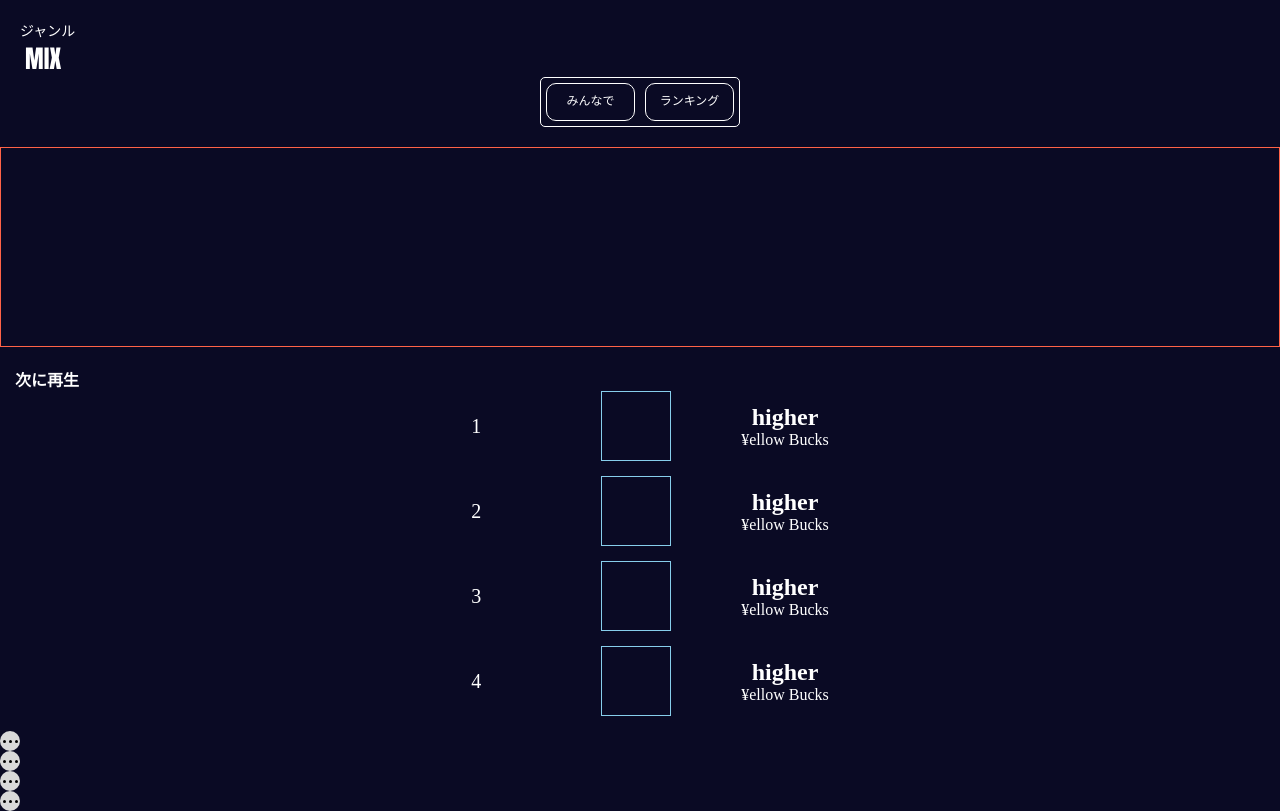
Repository: FujieRyou/2024_team
Page: /LoggedIn
These files come from the project's save history. The page is drawn as it stood at one moment and after the next save; the edit follows.
The browser window is 1280 px wide. The pictures show the whole page.
The project was rebuilt for these pictures with package versions that can differ from the ones it lists, and the page was loaded fresh each time. The framework's server and built-in components were replaced by stand-ins that run in the browser. Also part of the build but not shown: next.config.js.

Above is the page before, as saved 2024-01-10 10:01:56.

### src/pages/_app.jsx
import "@/styles/ress.css"
import '@/styles/index.css'

export default function App({ Component, pageProps }) {
  return <Component {...pageProps} />
}

### src/pages/LoggedIn.jsx
import React from 'react'

function LoggedIn (){
    return(
<div id="container_wrap">
    <header>
        <div id="genre_wrap">ジャンル</div>
        <div id="mix_wrap">MIX</div>
        <div id="btn">
            <div class="everyone">みんなで</div>
            <div class="ranking">ランキング</div>
        </div>
    </header>
    <div id="main_img">
        <div class="scrollContent">
            <div class="scrollWrap">
            </div>
        </div>

    </div>
    <div id="maincontent_wrap">
        <div id="addition_wrap">
                <h2 class="addition">次に再生</h2>
        </div>
        <div id="songContent_wrap">
            <p class="song_num">1</p>
            <div id="song_wrap">
                <div id="singer_wrap">
                    <h2 class="songtitle">higher</h2>
                    <p class="singer">¥ellow Bucks</p>
                </div>
                <div class="song_img">
                </div>
            </div>
        </div>
    </div>
        <div id="songContent_wrap">
            <p class="song_num">2</p>
            <div id="song_wrap">

                <div id="singer_wrap">
                    <h2 class="songtitle">higher</h2>
                    <p class="singer">¥ellow Bucks</p>
                </div>
                <div class="song_img">
                </div>
            </div>
        </div>

        <div id="songContent_wrap">
            <p class="song_num">3</p>
            <div id="song_wrap">
                <div id="singer_wrap">
                    <h2 class="songtitle">higher</h2>
                    <p class="singer">¥ellow Bucks</p>
                </div>
                <div class="song_img">
                </div>
            </div>
        </div>
        <div id="songContent_wrap">
            <p class="song_num">4</p>
            <div id="song_wrap">
                <div id="singer_wrap">
                    <h2 class="songtitle">higher</h2>
                    <p class="singer">¥ellow Bucks</p>
                </div>
                <div class="song_img">
                </div>
            </div>
        </div>
        <div class="button_wrap">
            <div class="button">
                <p>
                    <span></span>
                    <span></span>
                    <span></span>
                </p>
            </div>
            <div class="button">
                <p>
                    <span></span>
                    <span></span>
                    <span></span>
                </p>
            </div>
            <div class="button">
                <p>
                    <span></span>
                    <span></span>
                    <span></span>
                </p>
            </div>
            <div class="button">
                <p>
                    <span></span>
                    <span></span>
                    <span></span>
                </p>
            </div>
        </div>
    </div>
    )
}

export default LoggedIn

### src/styles/ress.css
/*!
 * ress.css • v4.0.0
 * MIT License
 * github.com/filipelinhares/ress
 */

/* # =================================================================
   # Global selectors
   # ================================================================= */

   html {
    box-sizing: border-box;
    -webkit-text-size-adjust: 100%; /* Prevent adjustments of font size after orientation changes in iOS */
    word-break: normal;
    -moz-tab-size: 4;
    tab-size: 4;
  }

  *,
  ::before,
  ::after {
    background-repeat: no-repeat; /* Set `background-repeat: no-repeat` to all elements and pseudo elements */
    box-sizing: inherit;
  }

  ::before,
  ::after {
    text-decoration: inherit; /* Inherit text-decoration and vertical align to ::before and ::after pseudo elements */
    vertical-align: inherit;
  }

  * {
    padding: 0; /* Reset `padding` and `margin` of all elements */
    margin: 0;
  }

  /* # =================================================================
     # General elements
     # ================================================================= */

  hr {
    overflow: visible; /* Show the overflow in Edge and IE */
    height: 0; /* Add the correct box sizing in Firefox */
    color: inherit; /* Correct border color in Firefox. */
  }

  details,
  main {
    display: block; /* Render the `main` element consistently in IE. */
  }

  summary {
    display: list-item; /* Add the correct display in all browsers */
  }

  small {
    font-size: 80%; /* Set font-size to 80% in `small` elements */
  }

  [hidden] {
    display: none; /* Add the correct display in IE */
  }

  abbr[title] {
    border-bottom: none; /* Remove the bottom border in Chrome 57 */
    /* Add the correct text decoration in Chrome, Edge, IE, Opera, and Safari */
    text-decoration: underline;
    text-decoration: underline dotted;
  }

  a {
    background-color: transparent; /* Remove the gray background on active links in IE 10 */
  }

  a:active,
  a:hover {
    outline-width: 0; /* Remove the outline when hovering in all browsers */
  }

  code,
  kbd,
  pre,
  samp {
    font-family: monospace, monospace; /* Specify the font family of code elements */
  }

  pre {
    font-size: 1em; /* Correct the odd `em` font sizing in all browsers */
  }

  b,
  strong {
    font-weight: bolder; /* Add the correct font weight in Chrome, Edge, and Safari */
  }

  /* https://gist.github.com/unruthless/413930 */
  sub,
  sup {
    font-size: 75%;
    line-height: 0;
    position: relative;
    vertical-align: baseline;
  }

  sub {
    bottom: -0.25em;
  }

  sup {
    top: -0.5em;
  }

  table {
    border-color: inherit; /* Correct border color in all Chrome, Edge, and Safari. */
    text-indent: 0; /* Remove text indentation in Chrome, Edge, and Safari */
  }

  /* # =================================================================
     # Forms
     # ================================================================= */

  input {
    border-radius: 0;
  }

  /* Replace pointer cursor in disabled elements */
  [disabled] {
    cursor: default;
  }

  [type='number']::-webkit-inner-spin-button,
  [type='number']::-webkit-outer-spin-button {
    height: auto; /* Correct the cursor style of increment and decrement buttons in Chrome */
  }

  [type='search'] {
    -webkit-appearance: textfield; /* Correct the odd appearance in Chrome and Safari */
    outline-offset: -2px; /* Correct the outline style in Safari */
  }

  [type='search']::-webkit-search-decoration {
    -webkit-appearance: none; /* Remove the inner padding in Chrome and Safari on macOS */
  }

  textarea {
    overflow: auto; /* Internet Explorer 11+ */
    resize: vertical; /* Specify textarea resizability */
  }

  button,
  input,
  optgroup,
  select,
  textarea {
    font: inherit; /* Specify font inheritance of form elements */
  }

  optgroup {
    font-weight: bold; /* Restore the font weight unset by the previous rule */
  }

  button {
    overflow: visible; /* Address `overflow` set to `hidden` in IE 8/9/10/11 */
  }

  button,
  select {
    text-transform: none; /* Firefox 40+, Internet Explorer 11- */
  }

  /* Apply cursor pointer to button elements */
  button,
  [type='button'],
  [type='reset'],
  [type='submit'],
  [role='button'] {
    cursor: pointer;
    color: inherit;
  }

  /* Remove inner padding and border in Firefox 4+ */
  button::-moz-focus-inner,
  [type='button']::-moz-focus-inner,
  [type='reset']::-moz-focus-inner,
  [type='submit']::-moz-focus-inner {
    border-style: none;
    padding: 0;
  }

  /* Replace focus style removed in the border reset above */
  button:-moz-focusring,
  [type='button']::-moz-focus-inner,
  [type='reset']::-moz-focus-inner,
  [type='submit']::-moz-focus-inner {
    outline: 1px dotted ButtonText;
  }

  button,
  html [type='button'], /* Prevent a WebKit bug where (2) destroys native `audio` and `video`controls in Android 4 */
  [type='reset'],
  [type='submit'] {
    -webkit-appearance: button; /* Correct the inability to style clickable types in iOS */
  }

  /* Remove the default button styling in all browsers */
  button,
  input,
  select,
  textarea {
    background-color: transparent;
    border-style: none;
  }

  a:focus,
  button:focus,
  input:focus,
  select:focus,
  textarea:focus {
    outline-width: 0;
  }

  /* Style select like a standard input */
  select {
    -moz-appearance: none; /* Firefox 36+ */
    -webkit-appearance: none; /* Chrome 41+ */
  }

  select::-ms-expand {
    display: none; /* Internet Explorer 11+ */
  }

  select::-ms-value {
    color: currentColor; /* Internet Explorer 11+ */
  }

  legend {
    border: 0; /* Correct `color` not being inherited in IE 8/9/10/11 */
    color: inherit; /* Correct the color inheritance from `fieldset` elements in IE */
    display: table; /* Correct the text wrapping in Edge and IE */
    max-width: 100%; /* Correct the text wrapping in Edge and IE */
    white-space: normal; /* Correct the text wrapping in Edge and IE */
    max-width: 100%; /* Correct the text wrapping in Edge 18- and IE */
  }

  ::-webkit-file-upload-button {
    /* Correct the inability to style clickable types in iOS and Safari */
    -webkit-appearance: button;
    color: inherit;
    font: inherit; /* Change font properties to `inherit` in Chrome and Safari */
  }

  /* # =================================================================
     # Specify media element style
     # ================================================================= */

  img {
    border-style: none; /* Remove border when inside `a` element in IE 8/9/10 */
  }

  /* Add the correct vertical alignment in Chrome, Firefox, and Opera */
  progress {
    vertical-align: baseline;
  }

  /* # =================================================================
     # Accessibility
     # ================================================================= */

  /* Specify the progress cursor of updating elements */
  [aria-busy='true'] {
    cursor: progress;
  }

  /* Specify the pointer cursor of trigger elements */
  [aria-controls] {
    cursor: pointer;
  }

  /* Specify the unstyled cursor of disabled, not-editable, or otherwise inoperable elements */
  [aria-disabled='true'] {
    cursor: default;
  }

### src/styles/index.css
html,body{
    width: 100vw;
    height: 100vh;
    background-color: #0A0A24;
    color: #fff;
}

nav{
    width: 100%;
    height: 81px;
    display: flex;
    justify-content: space-around;
    position: fixed;
    bottom: 0px;
    background-color: #0A0A24;
    border-top: solid 1px #8E8E8E;
}

.iconWrap{
    display: flex;
    flex-direction: column;
    align-items: center;
    justify-content: center;
}

.iconWrap a{
    display: flex;
    flex-direction: column;
    align-items: center;
    justify-content: center;
    text-decoration: none;
}

.iconWrap p{
    font-size: 10px;
    margin-top: 4px;
    color: #fff;
}

.loginWrap{
    width: 100vw;
    height: 100vh;
    padding-top: 200px;
}

.indexWrap{
    width: 100%;
    height: 100%;
}

/* h2{
    font-size: 64px;
    text-align: center;
    font-family: sans-serif;
    padding-top: 30px;
} */

.appName{
    font-size: 64px;
    text-align: center;
    font-family: sans-serif;
    padding-top: 30px;
    margin-top: 30px;
    color: #fff;
}

.signBtnWrap{
    width: 100%;
    height: auto;
}

.signBtn{
    display: flex;
    align-items: center;
    justify-content: center;
    width: 200px;
    height: 54px;
    border-radius: 30px;
    background-color: rgb(65, 243, 65);
    font-size: 16px;
    /* box-shadow: 3px 1px 3px 1px rgb(235, 235, 235); */
    margin: 0 auto;
    margin-top: 280px;
    color: #000;
    text-decoration: none;
}

.logoBox{
    width: 64px;
    height: 64px;
    background-color: gray;
    color: #fff;
    margin: 0 auto;
    display: flex;
    justify-content: center;
    align-items: center;
}

h2{
    text-align: center;
}

.searchWrap{
    margin-top: 69px;
    margin-bottom: 11px;
    padding: 0px 13px;
}

.searchTxt{
    width: 100%;
    height: 40px;
    border: solid 1px #000;
    background-color: #28376C;
    color: #fff;
    padding: 7px 18px;
    border-radius: 13px;

}

.searchBtn{
    width: 64px;
    height: 32px;
    background-color: aquamarine;
}

.searchResults{
    display: flex;
    gap: 8px;
    width: 100%;
    height: 88px;
    padding: 8px;
    overflow: hidden;
}

.searchResultsImg{
    width: 80px;
    height: 80px;
}

.searchResultsTxt p{
    width: 288px;
    font-size: 14px;
}

.genreWrap{
    padding: 0px 21px;
}

.genreWrap p{
    padding-left: 74px;
    margin-bottom: 12px;
}

.genruBtnWrap{
    display: flex;
    flex-wrap: wrap;
    padding: 0px 8px;
    gap: 16px 12px;
    margin: 0 auto;
}

.genruBtnWrap > button{
    width: 172px;
    height: 86px;
    background-color: #F42C2C;
    border-radius: 10px;
}

#genre_wrap{
    padding-top: 20px;
    align-items: center;
    color: #fff;
    font-size: 14px;
    margin-left: 20px;
    font-family: 'Noto Sans JP', sans-serif;
}

/* MIX */
#mix_wrap{
    font-size: 25px;
    font-family:Impact, Haettenschweiler, 'Arial Narrow Bold', sans-serif;
    margin-left: 25px;
}

/*genre btn*/
#btn{
    display: flex;
    justify-content: center;
    align-items: center;
    width: 200px;
    height: 50px;
    border: solid 1px #fff;
    border-radius: 5px;
    margin: 0 auto;
    text-align: center;
    margin-bottom: 20px;
}

.everyone{
    width: 80%;
    height: 80%;
    line-height: 35px;
    margin:0 5px;
    border: solid 1px #fff;
    border-radius: 10px;
    font-size: 12px;
    font-family:  'Noto Sans JP', sans-serif;
}

.ranking{
    width: 80%;
    height: 80%;
    line-height: 35px;
    margin:0 5px;
    border: solid 1px #fff;
    border-radius: 10px;
    font-size: 12px;
    font-family:  'Noto Sans JP', sans-serif;;
}


/*main*/
#main_img{
    width: 100%;
    height: 200px;
    border: solid 1px tomato;
    margin: 0 auto;

}

/*見出し*/
#addition_wrap{
    margin-top: 20px;
    margin-left: 15px;
}
.addition{
    font-size: 16px;
    font-family:  'Noto Sans JP', sans-serif;
}
.dli-plus {
    display: inline-block;
    vertical-align: middle;
    justify-content: center;
    color: #fff;
    line-height: 20px;
    width: 1.5rem;
    height:0.15rem;
    background: #efefef;
    border-radius: 1rem;
    position: relative;
    top:24px;
    left:10px;
  }

  .dli-plus::before {
    content: '';
    position: absolute;
    top: 0;
    left: 0;
    width: 100%;
    height: 100%;
    background: inherit;
    border-radius: inherit;
    transform: rotate(90deg);

  }
#addition_wrap{
    display: flex;
}
#addition_wrap  .back{
    display: block;
    background: #231815;
    width: 35px;
    height:35px;
    border-radius: 25%;
    margin-right: 50px;
  }
  .addition-text{
    font-size: 30px;
    font-family:'Noto Sans JP', sans-serif;

}

  #plus_btn{
    /* align-items: center; */
    margin-left:220px;
    margin-top: -18px;
  }

/*music list*/
#songContent_wrap{
    display: flex;
    justify-content: center;
    align-items: center;
    margin-bottom: 15px;
}

.song_num{
    font-size: 20px;
    margin: 0 20px;
}

#song_wrap{
    display: flex;
    flex-direction: row-reverse;
    gap: 70px;
    justify-content: center;
    align-items: center;
}


.song_img{
    border: solid 1px skyblue;
    width: 70px;
    height: 70px;
    margin-left: 100px;
}
.button_wrap{
    display: flex;
    flex-direction: column;
}
.button{
    width: 20px;
    height: 20px;
    border-radius: 50%;
    background-color: #d9d9d9;
    display: flex;
    justify-content: center;
}

.button p{
    display: flex;
    justify-content: center;
    align-items: center;
    text-align: center;
    gap: 3px;
}

.button p span{
    width: 3px;
    height: 3px;
    border-radius: 50%;
    background-color: #000;

}

Loaded but not shown: src/pages/_document.jsx (common file)

After the next save:
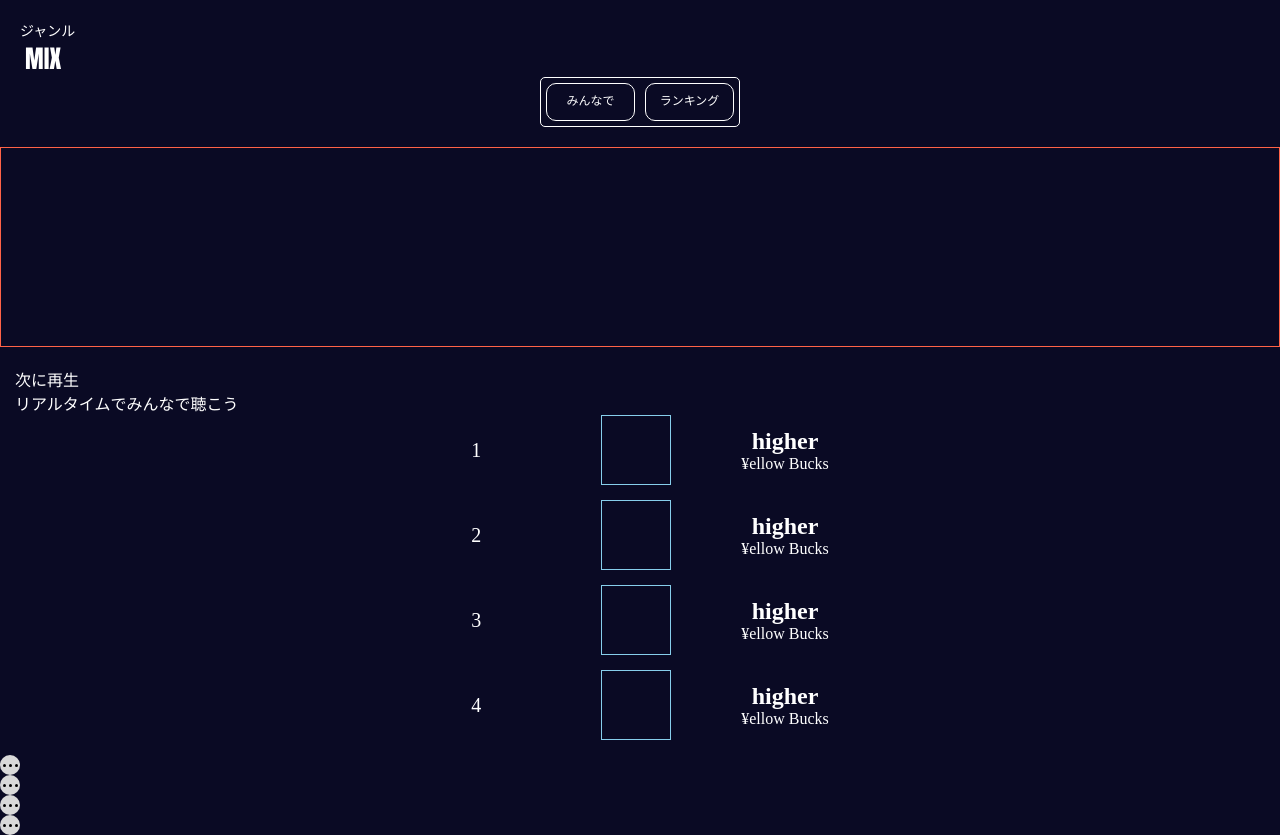
Saved 59 s later.
--- a/src/pages/LoggedIn.jsx
+++ b/src/pages/LoggedIn.jsx
@@ -20,7 +20,7 @@ function LoggedIn (){
     </div>
     <div id="maincontent_wrap">
         <div id="addition_wrap">
-                <h2 class="addition">次に再生</h2>
+                <p className='addition'>次に再生<br/>リアルタイムでみんなで聴こう</p>
         </div>
         <div id="songContent_wrap">
             <p class="song_num">1</p>
